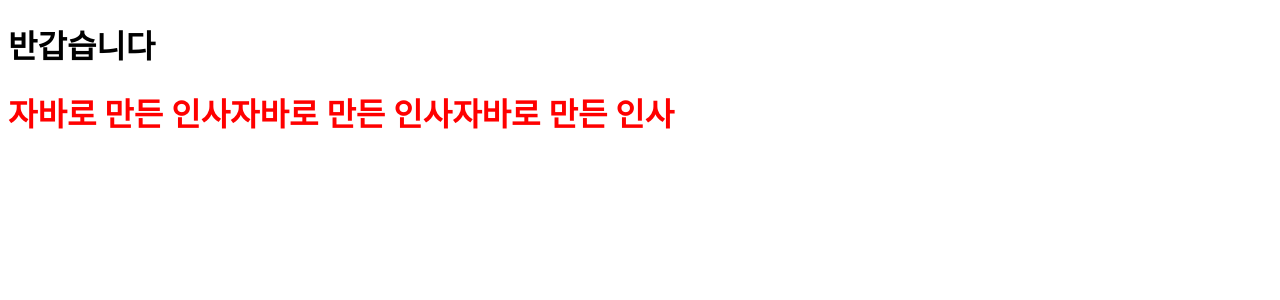
Repository: dychung1021/newrepository
Page: http://localhost/JSP01/
The author's editor kept a copy of each file at every save. The page is drawn from the files as they stood at one save, then again after the next save.
The browser window is 1280 px wide. The pictures show the whole page.
The page is served by Tomcat 9.

Above is the page before, as saved 2024-05-09 05:35:01.

### JSP/JSP01/src/main/webapp/index.jsp
<%@ page language="java" contentType="text/html; charset=utf-8"
    pageEncoding="utf-8"%>
<!DOCTYPE html>
<html>
	<head>
		<meta charset="utf-8">
		<title>1st JSP</title>
	</head>
	<body>
		<h1>반갑습니다</h1>
		<%String str="자바로 만든 인사"; %>

		<h1 style="color:red;"><%for(int i=0;i<3;i++){out.print(str);} %></h1>
	</body>
</html>

After the next save:
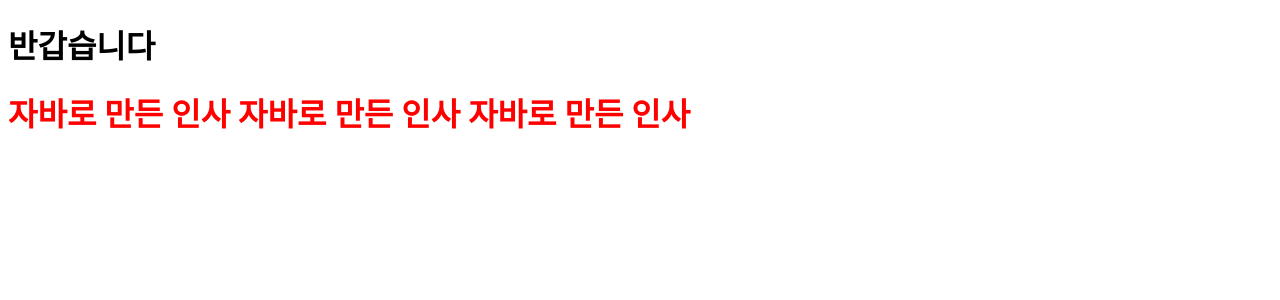
Saved 27 s later.
--- a/JSP/JSP01/src/main/webapp/index.jsp
+++ b/JSP/JSP01/src/main/webapp/index.jsp
@@ -10,6 +10,6 @@
 		<h1>반갑습니다</h1>
 		<%String str="자바로 만든 인사"; %>
 
-		<h1 style="color:red;"><%for(int i=0;i<3;i++){out.print(str);} %></h1>
+		<h1 style="color:red;"><%for(int i=0;i<3;i++){out.println(str);} %></h1>
 	</body>
 </html>
